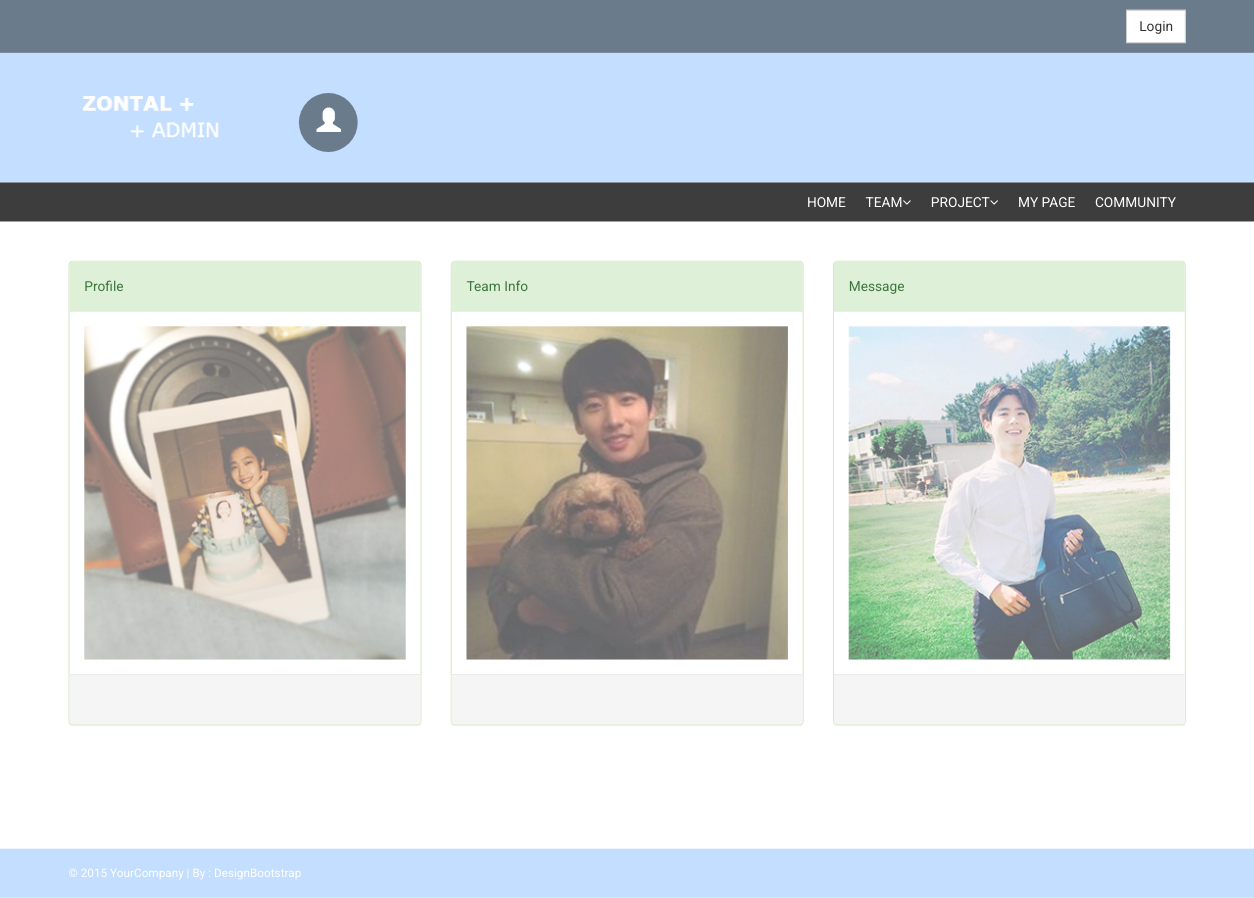
Repository: hwju91/skuniv
Page: http://localhost/0903.2/WEB-INF/jsp/mypage/mypage1.jsp
The author's editor kept a copy of each file at every save. The page is drawn from the files as they stood at one save, then again after the next save.
The browser window is 1280 px wide. The pictures show the whole page, at 98% of full size.
The page is served by Tomcat 9. Nobody is signed in. The template is opened directly, without the code that normally fills it, so the values that code supplies are empty.

Above is the page before, as saved 2016-09-09 15:09:54.

After the next save:
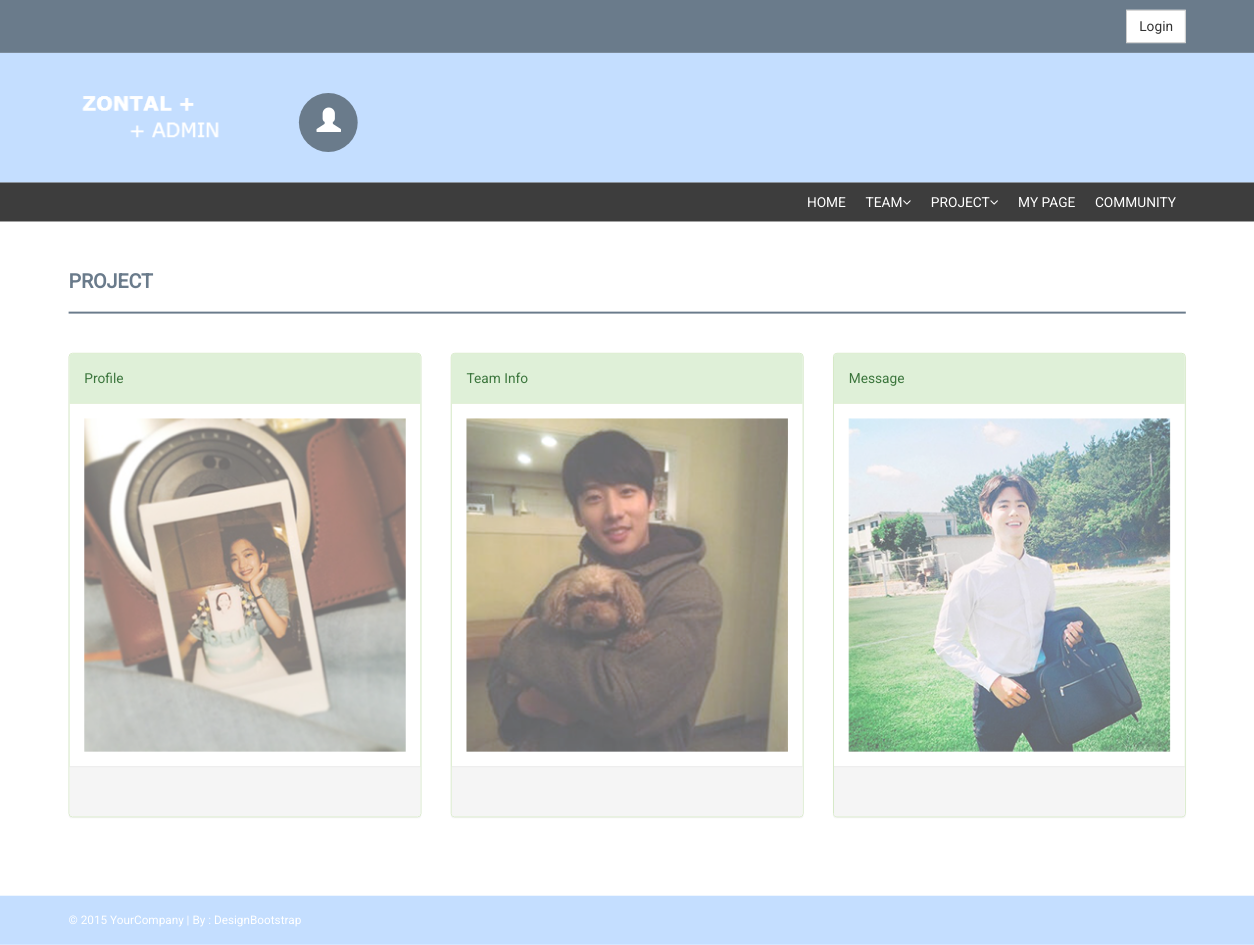
Saved 68 s later.
--- a/0903.2/WebContent/WEB-INF/jsp/mypage/mypage1.jsp
+++ b/0903.2/WebContent/WEB-INF/jsp/mypage/mypage1.jsp
@@ -4,6 +4,13 @@
 <jsp:include page="../header_index.jsp" />
 <jsp:include page="../nav.jsp" />
 <jsp:include page="../menu_mypage.jsp" />
+
+
+<div class="row">
+	<div class="col-md-12">
+		<h4 class="page-head-line">project</h4>
+	</div>
+</div>
 
 <div class="row">
 	<div class="col-md-4 col-sm-4">
